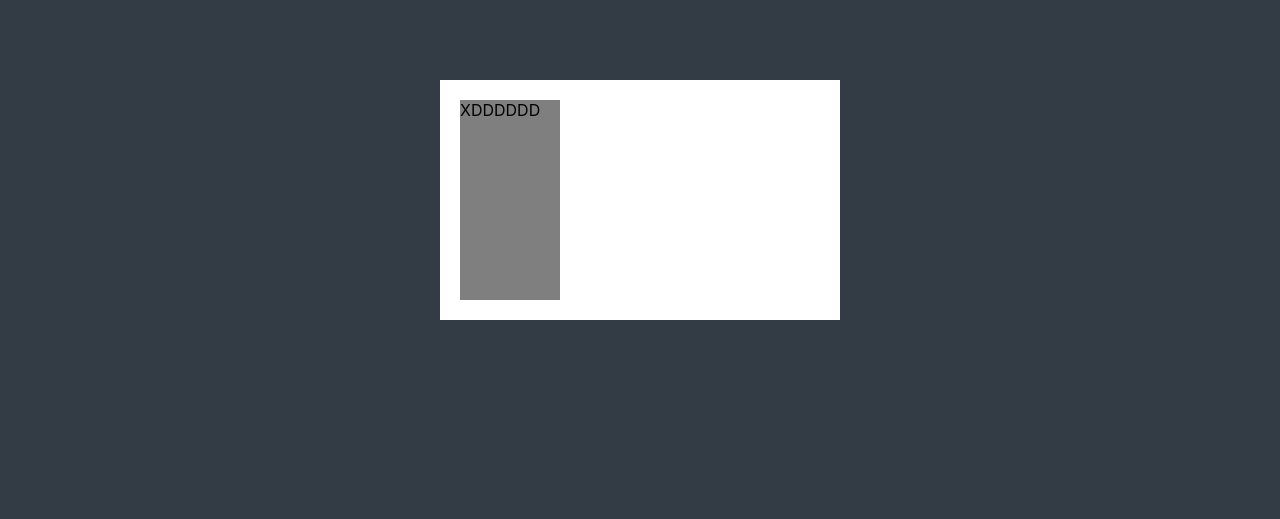
Repository: piookr-wsei/8086
Page: /
These files come from the project's save history. The page is drawn as it stood at one moment and after a run of saves; the edit follows.
The browser window is 1280 px wide. The pictures show the whole page.
The project was rebuilt for these pictures with package versions that can differ from the ones it lists, and the page was loaded fresh each time.

Above is the page before, as saved 2022-06-16 23:58:04.

### src/App.js
import logo from './logo.svg';
import './App.css';
import { RegWrapper, UiWindow, UiWrapper } from './Components/Components.elements';

function App() {
  return (
    <div className="App">
      <UiWindow>
        <UiWrapper>
          <RegWrapper>XDDDDDD</RegWrapper>

        </UiWrapper>
      </UiWindow>

    </div>
  );
}

export default App;

### src/App.css
body{
  height: 100%;
  background: rgba(1, 10, 22, 0.8);
}
.App {

}

.App-logo {
  height: 40vmin;
  pointer-events: none;
}

@media (prefers-reduced-motion: no-preference) {
  .App-logo {
    animation: App-logo-spin infinite 20s linear;
  }
}

.App-header {
  background-color: #282c34;
  min-height: 100vh;
  display: flex;
  flex-direction: column;
  align-items: center;
  justify-content: center;
  font-size: calc(10px + 2vmin);
  color: white;
}

.App-link {
  color: #61dafb;
}

@keyframes App-logo-spin {
  from {
    transform: rotate(0deg);
  }
  to {
    transform: rotate(360deg);
  }
}

### src/Components/Components.elements.js
import styled from "styled-components";

export const UiWindow = styled.div`
height: 400px;
width: 400px;

position: relative;
margin: auto;
top: 80px;
`

export const UiWrapper = styled.div`
border: 20px solid transparent;
background: #fff;
`

export const RegWrapper = styled.div`
width: 100px;
min-height: 200px;
background: rgba(0,0,0,0.5);
position: relative;
left: 0;
`

Loaded but not shown: public/index.html (common file); src/index.js (common file); src/index.css (common file); src/reportWebVitals.js (common file)

After the next 2 saves:
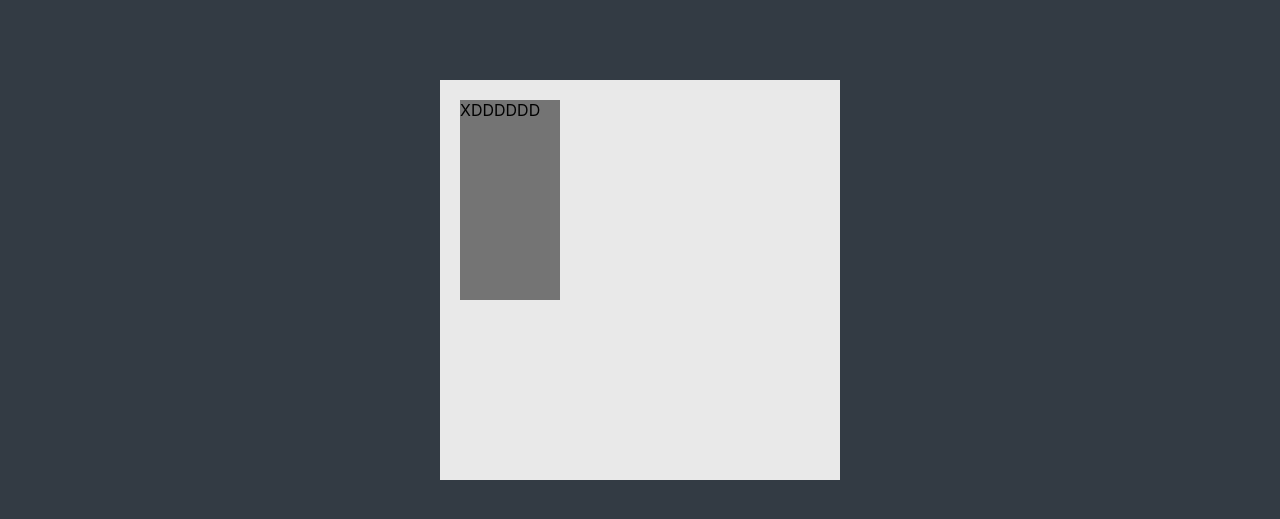
The 2 saves are shown as one change because they came seconds apart.
The last was saved 9 s later.
--- a/src/Components/Components.elements.js
+++ b/src/Components/Components.elements.js
@@ -3,7 +3,7 @@ import styled from "styled-components";
 export const UiWindow = styled.div`
 height: 400px;
 width: 400px;
-
+background: rgb(233,233,233);
 position: relative;
 margin: auto;
 top: 80px;
@@ -11,7 +11,7 @@ top: 80px;
 
 export const UiWrapper = styled.div`
 border: 20px solid transparent;
-background: #fff;
+
 `
 
 export const RegWrapper = styled.div`
